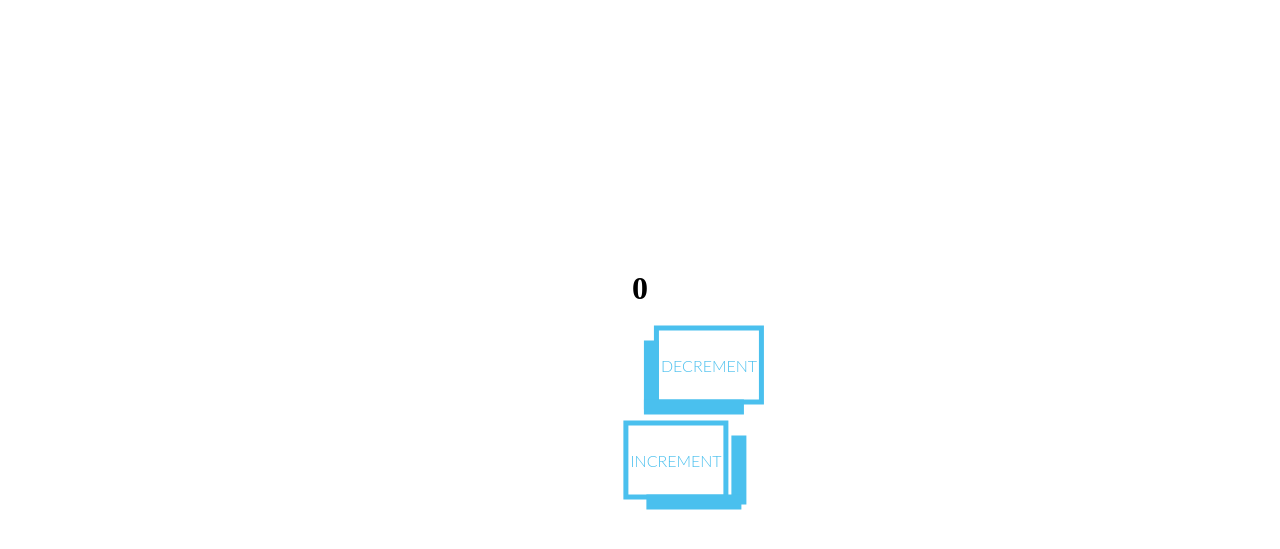
Repository: Ellisvelandia/react_introduction_test
Page: /
An editor plug-in stored every save of this project. The page is shown before and after a run of saves, followed by the edit.
The browser window is 1280 px wide. The pictures show the whole page.
The project was rebuilt for these pictures with package versions that can differ from the ones it lists, and the page was loaded fresh each time. Also part of the build but not shown: src/index.css.

Above is the page before, as saved 2022-08-15 20:16:42.

After the next 2 saves:
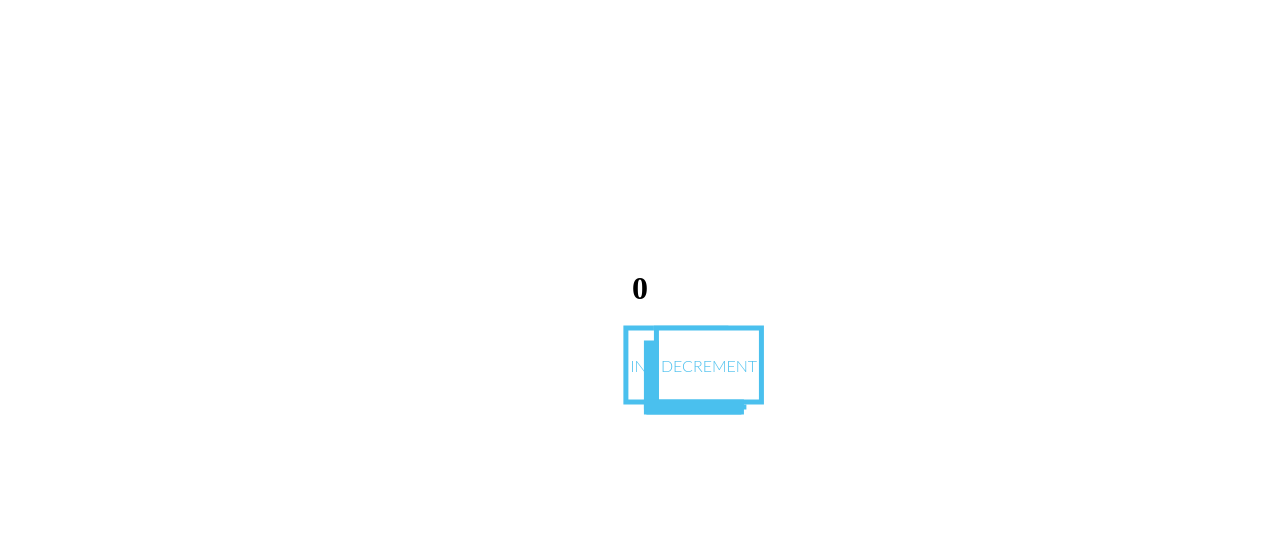
The 2 saves are shown as one change because they came seconds apart.
The last was saved 10 s later.
--- a/src/App.scss
+++ b/src/App.scss
@@ -32,7 +32,7 @@ button {
 }
 
 .button_I {
-  margin: 100px;
+  margin-left: 100px;
 }
 
 .button_I {
